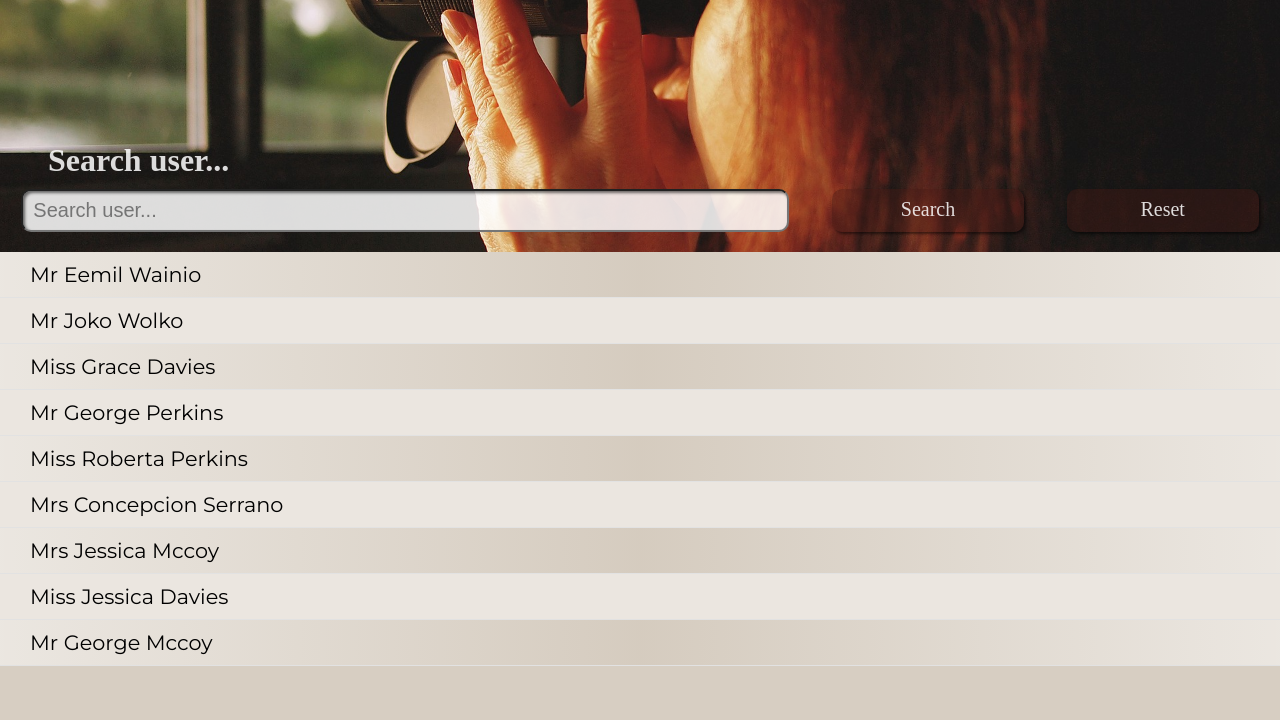
Repository: KrzysKolo/sr_tydzien5_zad4
Page: /
The author's editor kept a copy of each file at every save. The page is drawn from the files as they stood at one save, then again after the next save.
The browser window is 1280 px wide. The pictures show the whole page.
Some web fonts or font styles are not loaded; a fallback is used. The project was rebuilt for these pictures with package versions that can differ from the ones it lists, and the page was loaded fresh each time.

Above is the page before, as saved 2021-01-07 02:56:28.

After the next save:
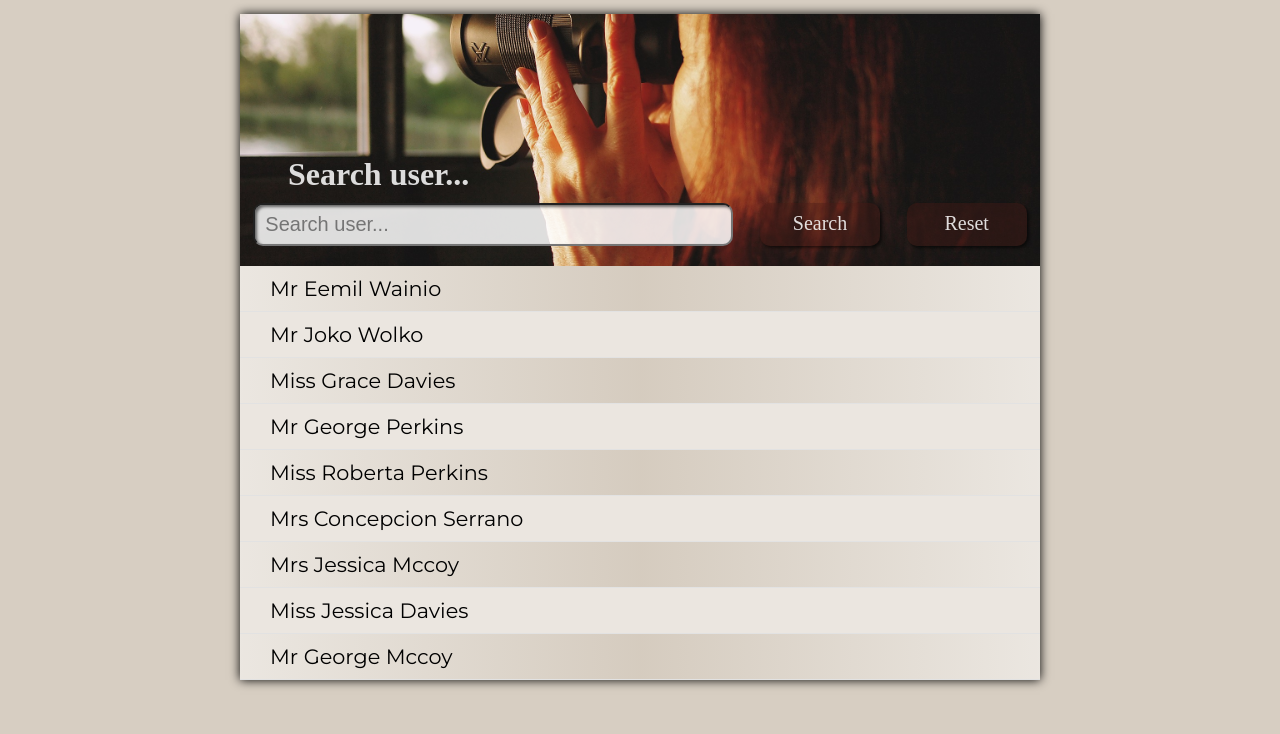
Saved 46 s later.
--- a/src/components/UsersContainer.js
+++ b/src/components/UsersContainer.js
@@ -4,10 +4,10 @@ import Header from './userContainerComponents/Header';
 
 const UsersContainer = () => {
   return (
-    <>
+    <section>
       <Header />
       <UserList />
-    </>
+    </section>
   /*   <section>
 			<Header/>
         { loading ? <Loading/> : <UserList users={users}/>}
